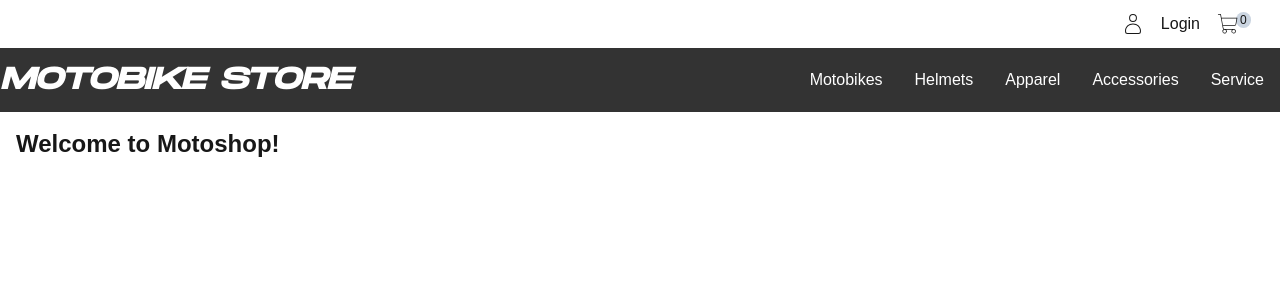
Repository: Than-sothearak/next-motoshop
Page: /
These files come from the project's save history. The page is drawn as it stood at one moment and after the next save; the edit follows.
The browser window is 1280 px wide. The pictures show the whole page.
The project was rebuilt for these pictures with package versions that can differ from the ones it lists, and the page was loaded fresh each time. The framework's server and built-in components were replaced by stand-ins that run in the browser. Also part of the build but not shown: next.config.mjs.

Above is the page before, as saved 2024-10-10 22:16:14.

### app/layout.js
import localFont from "next/font/local";
import "./globals.css";
import Navbar from "./components/Navbar";

export const metadata = {
  title: "Create Next App",
  description: "Generated by create next app",
};

export default function RootLayout({ children }) {
  return (
    <html lang="en">
      <body

      >
        <Navbar />
        {children}
      </body>
    </html>
  );
}

### app/page.js
export default function Home() {
  return (
    <div className="p-4">
    <h1 className="text-2xl font-bold">Welcome to Motoshop!</h1>
    {/* Product listing here */}
  </div>
  );
}

### app/components/Navbar.js
"use client";
import { PiShoppingCartThin } from "react-icons/pi";
import { CiUser } from "react-icons/ci";
import { usePathname } from "next/navigation";
const links = [
  { title: "Motobikes", link: "/motobike" },
  {
    title: "Helmets",
    link: "/helmets",
    subLink: [
      {
        title: "Fullface",
        link: "/helmets/fullface",
        image:
          "https://pngimg.com/uploads/motorcycle_helmets/motorcycle_helmets_PNG9630.png",
      },

      {
        title: "Open Face",
        link: "/helmets/openface",
        image:
          "https://pngimg.com/uploads/motorcycle_helmets/motorcycle_helmets_PNG9631.png",
      },
      {
        title: "Modular",
        link: "/helmets/modular",
        image:
          "https://pngimg.com/uploads/motorcycle_helmets/motorcycle_helmets_PNG9632.png",
      },
    ],
  },
  { title: "Apparel", link: "/apparel" },
  { title: "Accessories", link: "/accessories" },
  { title: "Service", link: "/service" },
];
export default function Navbar() {
  const partName = usePathname();
  console.log(partName);
  return (
    <>
      <div className="flex gap-4 h-12 justify-end px-10 items-center">
        <CiUser size={24} className="cursor-pointer" />
        Login
        <div>
          <div className="relative">
            <p className="absolute bg-slate-300 text-xs rounded-full px-1 left-5">
              0
            </p>
          </div>
          <PiShoppingCartThin size={24} className="relative cursor-pointer" />
        </div>
      </div>
      <nav className="mx-auto text-black bg-black/80 flex justify-between relative">
        <div className="container mx-auto flex justify-between items-center">
          <div className="h-16 flex justify-center items-center">
            <a
              href="/"
              className="italic font-bold text-3xl font-monument text-white uppercase"
            >
              Motobike store
            </a>
          </div>

          <div className="flex text-white">
            {links.map((link) => (
              <div key={link.title} className="group hover:bg-black">
                <div
                  className={`${
                    partName === link.link ? "bg-black underline" : ""
                  } flex gap-4 h-16 px-4 justify-center items-center `}
                >
                  <a
                    href={link.link}
                    className="cursor-pointer hover:underline"
                  >
                    <h3>{link.title} </h3>
                  </a>
                </div>
                {link.subLink && (
                  <div className="bg-white/90 border container mx-auto shadow-sm p-4  justify-center absolute z-20 top-16 right-0 left-0 hidden group-hover:flex ">
                    <div className="flex gap-10 font-monument">
                      {link.subLink.map((subLink) => (

                        <div key={subLink.title} className="flex flex-row gap-10">
                          <a
                            href={subLink.link}
                            className="flex flex-col justify-center items-center cursor-pointer"
                          >
                            <div className="w-24">
                              <img src={subLink.image} alt="" />
                            </div>
                            <p className="text-black">{subLink.title}</p>
                          </a>
                          <div className="border"></div>
                        </div>
                      ))}
                    </div>
                  </div>
                )}
              </div>
            ))}
          </div>
        </div>
      </nav>
    </>
  );
}

Loaded but not shown: app/globals.css (common file); tailwind.config.js (common file)

After the next save:
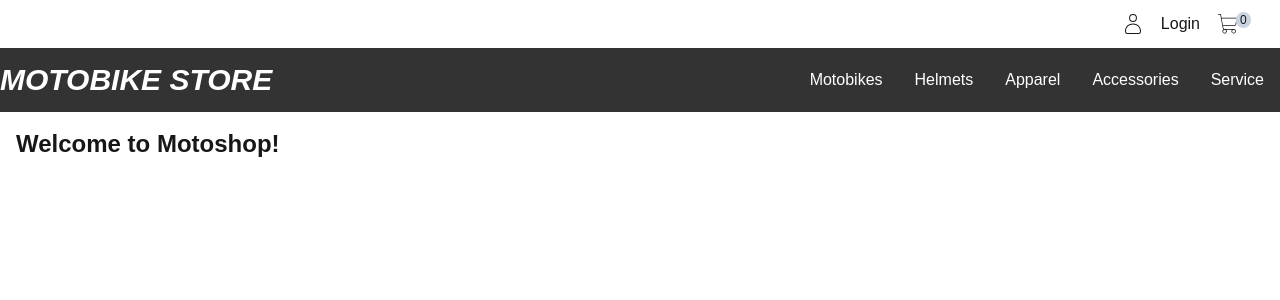
Saved 4 min 19 s later.
--- a/app/components/Navbar.js
+++ b/app/components/Navbar.js
@@ -2,6 +2,7 @@
 import { PiShoppingCartThin } from "react-icons/pi";
 import { CiUser } from "react-icons/ci";
 import { usePathname } from "next/navigation";
+
 const links = [
   { title: "Motobikes", link: "/motobike" },
   {
@@ -14,7 +15,6 @@
         image:
           "https://pngimg.com/uploads/motorcycle_helmets/motorcycle_helmets_PNG9630.png",
       },
-
       {
         title: "Open Face",
         link: "/helmets/openface",
@@ -33,29 +33,29 @@
   { title: "Accessories", link: "/accessories" },
   { title: "Service", link: "/service" },
 ];
+
 export default function Navbar() {
   const partName = usePathname();
-  console.log(partName);
+
   return (
     <>
       <div className="flex gap-4 h-12 justify-end px-10 items-center">
         <CiUser size={24} className="cursor-pointer" />
-        Login
-        <div>
-          <div className="relative">
-            <p className="absolute bg-slate-300 text-xs rounded-full px-1 left-5">
-              0
-            </p>
-          </div>
-          <PiShoppingCartThin size={24} className="relative cursor-pointer" />
+        <span>Login</span>
+        <div className="relative">
+          <p className="absolute bg-slate-300 text-xs rounded-full px-1 left-5">
+            0
+          </p>
+          <PiShoppingCartThin size={24} className="cursor-pointer" />
         </div>
       </div>
-      <nav className="mx-auto text-black bg-black/80 flex justify-between relative">
+
+      <nav className="bg-black/80 flex justify-between relative">
         <div className="container mx-auto flex justify-between items-center">
           <div className="h-16 flex justify-center items-center">
             <a
               href="/"
-              className="italic font-bold text-3xl font-monument text-white uppercase"
+              className="italic font-bold text-3xl text-white uppercase"
             >
               Motobike store
             </a>
@@ -63,36 +63,39 @@
 
           <div className="flex text-white">
             {links.map((link) => (
-              <div key={link.title} className="group hover:bg-black">
+              <div key={link.title} className="group relative hover:bg-black">
                 <div
                   className={`${
                     partName === link.link ? "bg-black underline" : ""
-                  } flex gap-4 h-16 px-4 justify-center items-center `}
+                  } flex gap-4 h-16 px-4 justify-center items-center`}
                 >
                   <a
                     href={link.link}
                     className="cursor-pointer hover:underline"
                   >
-                    <h3>{link.title} </h3>
+                    <h3>{link.title}</h3>
                   </a>
                 </div>
+
+                {/* Sub-navigation */}
                 {link.subLink && (
-                  <div className="bg-white/90 border container mx-auto shadow-sm p-4  justify-center absolute z-20 top-16 right-0 left-0 hidden group-hover:flex ">
-                    <div className="flex gap-10 font-monument">
+                  <div className="bg-white/90 container mx-auto shadow-sm p-4 absolute z-20 top-16 left-0 hidden group-hover:flex transition-opacity duration-500 opacity-0 group-hover:opacity-100">
+                    <div className="flex gap-10">
                       {link.subLink.map((subLink) => (
-
-                        <div key={subLink.title} className="flex flex-row gap-10">
-                          <a
-                            href={subLink.link}
-                            className="flex flex-col justify-center items-center cursor-pointer"
-                          >
-                            <div className="w-24">
-                              <img src={subLink.image} alt="" />
-                            </div>
-                            <p className="text-black">{subLink.title}</p>
-                          </a>
-                          <div className="border"></div>
-                        </div>
+                        <a
+                          key={subLink.title}
+                          href={subLink.link}
+                          className="flex flex-col justify-center items-center cursor-pointer transform transition duration-300 ease-in-out hover:scale-105 hover:rotate-1 hover:translate-y-2"
+                        >
+                          <div className="w-24">
+                            <img
+                              src={subLink.image}
+                              alt={subLink.title}
+                              className="transform transition duration-300 ease-in-out hover:scale-110"
+                            />
+                          </div>
+                          <p className="text-black mt-2">{subLink.title}</p>
+                        </a>
                       ))}
                     </div>
                   </div>

After the save that followed:
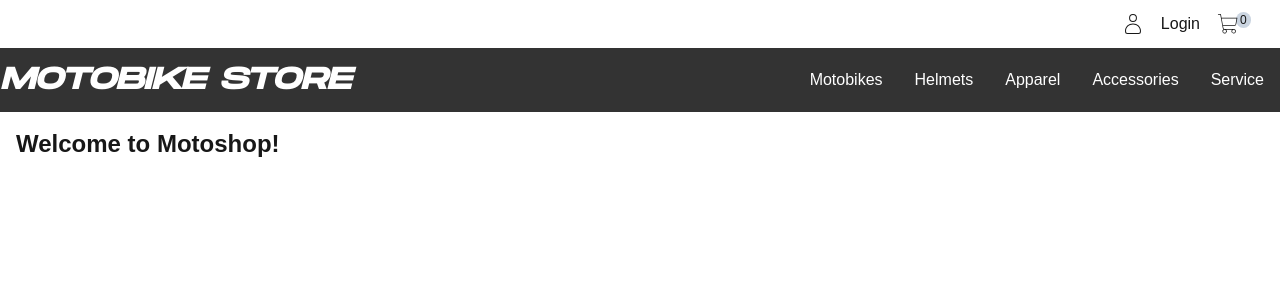
Saved 46 s later.
--- a/app/components/Navbar.js
+++ b/app/components/Navbar.js
@@ -2,7 +2,6 @@
 import { PiShoppingCartThin } from "react-icons/pi";
 import { CiUser } from "react-icons/ci";
 import { usePathname } from "next/navigation";
-
 const links = [
   { title: "Motobikes", link: "/motobike" },
   {
@@ -15,6 +14,7 @@
         image:
           "https://pngimg.com/uploads/motorcycle_helmets/motorcycle_helmets_PNG9630.png",
       },
+
       {
         title: "Open Face",
         link: "/helmets/openface",
@@ -33,29 +33,29 @@
   { title: "Accessories", link: "/accessories" },
   { title: "Service", link: "/service" },
 ];
-
 export default function Navbar() {
   const partName = usePathname();
-
+  console.log(partName);
   return (
     <>
       <div className="flex gap-4 h-12 justify-end px-10 items-center">
         <CiUser size={24} className="cursor-pointer" />
-        <span>Login</span>
-        <div className="relative">
-          <p className="absolute bg-slate-300 text-xs rounded-full px-1 left-5">
-            0
-          </p>
-          <PiShoppingCartThin size={24} className="cursor-pointer" />
+        Login
+        <div>
+          <div className="relative">
+            <p className="absolute bg-slate-300 text-xs rounded-full px-1 left-5">
+              0
+            </p>
+          </div>
+          <PiShoppingCartThin size={24} className="relative cursor-pointer" />
         </div>
       </div>
-
-      <nav className="bg-black/80 flex justify-between relative">
+      <nav className="mx-auto text-black bg-black/80 flex justify-between relative">
         <div className="container mx-auto flex justify-between items-center">
           <div className="h-16 flex justify-center items-center">
             <a
               href="/"
-              className="italic font-bold text-3xl text-white uppercase"
+              className="italic font-bold text-3xl font-monument text-white uppercase"
             >
               Motobike store
             </a>
@@ -63,39 +63,36 @@
 
           <div className="flex text-white">
             {links.map((link) => (
-              <div key={link.title} className="group relative hover:bg-black">
+              <div key={link.title} className="group hover:bg-black">
                 <div
                   className={`${
                     partName === link.link ? "bg-black underline" : ""
-                  } flex gap-4 h-16 px-4 justify-center items-center`}
+                  } flex gap-4 h-16 px-4 justify-center items-center `}
                 >
                   <a
                     href={link.link}
                     className="cursor-pointer hover:underline"
                   >
-                    <h3>{link.title}</h3>
+                    <h3>{link.title} </h3>
                   </a>
                 </div>
+                {link.subLink && (
+                  <div className="bg-white/90 border container mx-auto shadow-sm p-4  justify-center absolute z-20 top-16 right-0 left-0 hidden group-hover:flex ">
+                    <div className="flex gap-10 font-monument">
+                      {link.subLink.map((subLink) => (
 
-                {/* Sub-navigation */}
-                {link.subLink && (
-                  <div className="bg-white/90 container mx-auto shadow-sm p-4 absolute z-20 top-16 left-0 hidden group-hover:flex transition-opacity duration-500 opacity-0 group-hover:opacity-100">
-                    <div className="flex gap-10">
-                      {link.subLink.map((subLink) => (
-                        <a
-                          key={subLink.title}
-                          href={subLink.link}
-                          className="flex flex-col justify-center items-center cursor-pointer transform transition duration-300 ease-in-out hover:scale-105 hover:rotate-1 hover:translate-y-2"
-                        >
-                          <div className="w-24">
-                            <img
-                              src={subLink.image}
-                              alt={subLink.title}
-                              className="transform transition duration-300 ease-in-out hover:scale-110"
-                            />
-                          </div>
-                          <p className="text-black mt-2">{subLink.title}</p>
-                        </a>
+                        <div key={subLink.title} className="flex flex-row gap-10">
+                          <a
+                            href={subLink.link}
+                            className="flex flex-col justify-center items-center cursor-pointer"
+                          >
+                            <div className="w-24">
+                              <img src={subLink.image} alt="" />
+                            </div>
+                            <p className="text-black">{subLink.title}</p>
+                          </a>
+                          <div className="border"></div>
+                        </div>
                       ))}
                     </div>
                   </div>
